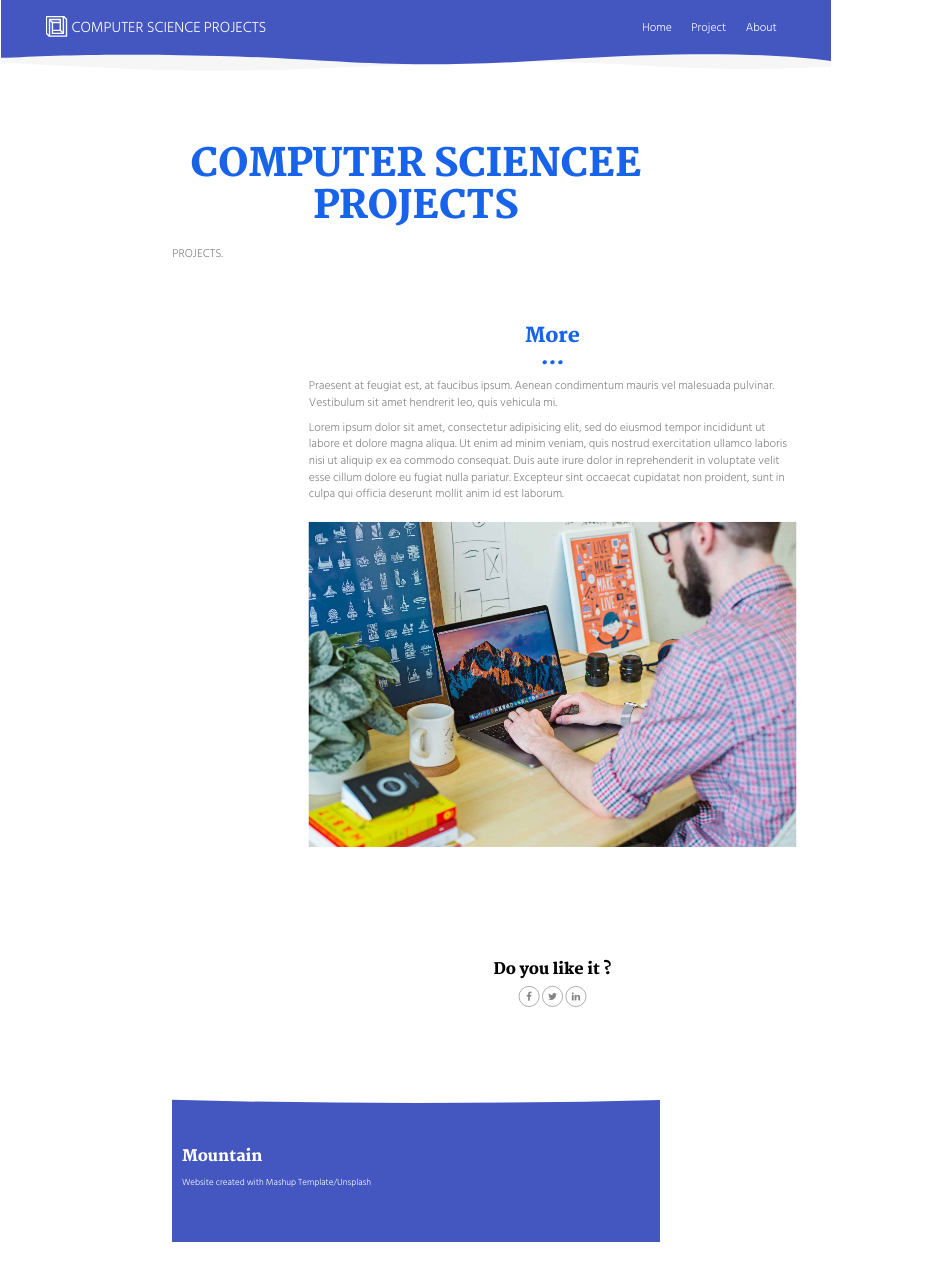
Repository: KevinBach02/KevinBach02.github.io
Page: project.html
The author's editor kept a record of every edit. The page is drawn from the files as they stood at one moment, then again after the next edit.
The browser window is 1280 px wide. The page is 1435 px wide, then 1280 px, so the pictures cover 1435 px, including what lies to the right of the window. The pictures show the whole page, at 65% of full size.

Above is the page before.

### project.html
<!DOCTYPE html>
<html lang="en">

<head>
  <meta charset="UTF-8">
  <meta content="IE=edge" http-equiv="X-UA-Compatible">
  <meta content="width=device-width,initial-scale=1" name="viewport">
  <meta content="description" name="description">
  <meta name="google" content="notranslate" />
  <meta content="Mashup templates have been developped by Orson.io team" name="author">

  <!-- Disable tap highlight on IE -->
  <meta name="msapplication-tap-highlight" content="no">


  <link rel="apple-touch-icon" sizes="180x180" href="./assets/apple-icon-180x180.png">
  <link href="./assets/favicon.ico" rel="icon">

  <link href="" rel="stylesheet">


  <title>CVHS COMPUTER SCIENCE</title>

<link href="./main.550dcf66.css" rel="stylesheet"></head>

<body> <!-- Add your content of header -->
<header>
  <nav class="navbar navbar-default active">
    <div class="container">
      <div class="navbar-header">
        <button type="button" class="navbar-toggle collapsed" data-toggle="collapse" data-target="#navbar-collapse" aria-expanded="false">
          <span class="sr-only">Toggle navigation</span>
          <span class="icon-bar"></span>
          <span class="icon-bar"></span>
          <span class="icon-bar"></span>
        </button>
        <a class="navbar-brand" href="./index.html" title="">
          <img src="./assets/images/mashup-icon.svg" class="navbar-logo-img" alt="">
          COMPUTER SCIENCE PROJECTS
        </a>
      </div>

      <div class="collapse navbar-collapse" id="navbar-collapse">
        <ul class="nav navbar-nav navbar-right">
          <li><a href="./index.html" title="">Home</a></li>
          <li><a href="./project.html" title="">Project</a></li>
          <li><a href="./about.html" title="">About</a></li>
        </ul>
      </div>
    </div>
  </nav>
</header>

<div class="section-container">
    <div class="container">
      <div class="row">
        <div class="col-xs-12 col-md-8 col-md-offset-2">
          <h1 class="text-center">COMPUTER SCIENCEE PROJECTS</h1>
          <p>PROJECTS.</p>

  <div class="section-container">
    <div class="container">
      <div class="row section-container-spacer">
        <div class="col-xs-12 col-md-8 col-md-offset-2">
          <h2 class="text-center">More</h2>
          <div class="section-container-spacer">
            <p>Praesent at feugiat est, at faucibus ipsum. Aenean condimentum mauris vel malesuada pulvinar. Vestibulum sit amet hendrerit leo, quis vehicula mi.</p>
            <p>Lorem ipsum dolor sit amet, consectetur adipisicing elit, sed do eiusmod
            tempor incididunt ut labore et dolore magna aliqua. Ut enim ad minim veniam,
            quis nostrud exercitation ullamco laboris nisi ut aliquip ex ea commodo
            consequat. Duis aute irure dolor in reprehenderit in voluptate velit esse
            cillum dolore eu fugiat nulla pariatur. Excepteur sint occaecat cupidatat non
            proident, sunt in culpa qui officia deserunt mollit anim id est laborum.</p>
          </div>
          <img src="./assets/images/img-05.jpg" alt="" class="img-responsive reveal-content" data-action="zoom">
        </div>
      </div>
    </div>
  </div>

  <div class="section-container">
    <div class="container text-center">
      <div class="row section-container-spacer">
        <div class="col-xs-12 col-md-12">

          <h3>Do you like it ?</h3>
          <p>
            <a href="https://facebook.com/" class="social-round-icon fa-icon" title="">
              <i class="fa fa-facebook" aria-hidden="true"></i>
            </a>
            <a href="https://twitter.com/" class="social-round-icon fa-icon" title="">
              <i class="fa fa-twitter" aria-hidden="true"></i>
            </a>
            <a href="https://www.linkedin.com/" class="social-round-icon fa-icon" title="">
              <i class="fa fa-linkedin" aria-hidden="true"></i>
            </a>
          </p>
        </div>
      </div>

    </div>
  </div>

<footer class="footer-container white-text-container">
  <div class="container">
    <div class="row">


      <div class="col-xs-12">
        <h3>Mountain</h3>

        <div class="row">
          <div class="col-xs-12 col-sm-7">
            <p><small>Website created with <a href="http://www.mashup-template.com/" title="Create website with free html template">Mashup Template</a>/<a href="https://www.unsplash.com/" title="Beautiful Free Images">Unsplash</a></small>
            </p>
          </div>
          <div class="col-xs-12 col-sm-5">
            <p class="text-right">
              <a href="https://facebook.com/" class="social-round-icon white-round-icon fa-icon" title="">
                <i class="fa fa-facebook" aria-hidden="true"></i>
              </a>
              <a href="https://twitter.com/" class="social-round-icon white-round-icon fa-icon" title="">
                <i class="fa fa-twitter" aria-hidden="true"></i>
              </a>
              <a href="https://www.linkedin.com/" class="social-round-icon white-round-icon fa-icon" title="">
                <i class="fa fa-linkedin" aria-hidden="true"></i>
              </a>
            </p>
          </div>
        </div>


      </div>
    </div>
  </div>
</footer>

<script>
  document.addEventListener("DOMContentLoaded", function (event) {
    navActivePage();
    scrollRevelation('.reveal');
  });
</script>

<!-- Google Analytics: change UA-XXXXX-X to be your site's ID

<script>
  (function (i, s, o, g, r, a, m) {
    i['GoogleAnalyticsObject'] = r; i[r] = i[r] || function () {
      (i[r].q = i[r].q || []).push(arguments)
    }, i[r].l = 1 * new Date(); a = s.createElement(o),
      m = s.getElementsByTagName(o)[0]; a.async = 1; a.src = g; m.parentNode.insertBefore(a, m)
  })(window, document, 'script', '//www.google-analytics.com/analytics.js', 'ga');
  ga('create', 'UA-XXXXX-X', 'auto');
  ga('send', 'pageview');
</script>

--> <script type="text/javascript" src="./main.0cf8b554.js"></script></body>

</html>

Loaded but not shown: main.550dcf66.css (library); main.0cf8b554.js (library)

After the next edit:
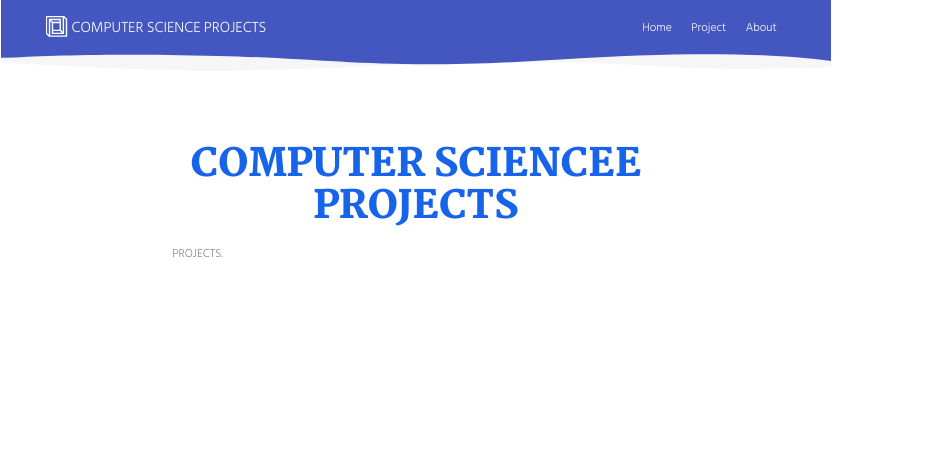
The edit:
--- a/project.html
+++ b/project.html
@@ -57,84 +57,6 @@
         <div class="col-xs-12 col-md-8 col-md-offset-2">
           <h1 class="text-center">COMPUTER SCIENCEE PROJECTS</h1>
           <p>PROJECTS.</p>
-
-  <div class="section-container">
-    <div class="container">
-      <div class="row section-container-spacer">
-        <div class="col-xs-12 col-md-8 col-md-offset-2">
-          <h2 class="text-center">More</h2>
-          <div class="section-container-spacer">
-            <p>Praesent at feugiat est, at faucibus ipsum. Aenean condimentum mauris vel malesuada pulvinar. Vestibulum sit amet hendrerit leo, quis vehicula mi.</p>
-            <p>Lorem ipsum dolor sit amet, consectetur adipisicing elit, sed do eiusmod
-            tempor incididunt ut labore et dolore magna aliqua. Ut enim ad minim veniam,
-            quis nostrud exercitation ullamco laboris nisi ut aliquip ex ea commodo
-            consequat. Duis aute irure dolor in reprehenderit in voluptate velit esse
-            cillum dolore eu fugiat nulla pariatur. Excepteur sint occaecat cupidatat non
-            proident, sunt in culpa qui officia deserunt mollit anim id est laborum.</p>
-          </div>
-          <img src="./assets/images/img-05.jpg" alt="" class="img-responsive reveal-content" data-action="zoom">
-        </div>
-      </div>
-    </div>
-  </div>
-
-  <div class="section-container">
-    <div class="container text-center">
-      <div class="row section-container-spacer">
-        <div class="col-xs-12 col-md-12">
-
-          <h3>Do you like it ?</h3>
-          <p>
-            <a href="https://facebook.com/" class="social-round-icon fa-icon" title="">
-              <i class="fa fa-facebook" aria-hidden="true"></i>
-            </a>
-            <a href="https://twitter.com/" class="social-round-icon fa-icon" title="">
-              <i class="fa fa-twitter" aria-hidden="true"></i>
-            </a>
-            <a href="https://www.linkedin.com/" class="social-round-icon fa-icon" title="">
-              <i class="fa fa-linkedin" aria-hidden="true"></i>
-            </a>
-          </p>
-        </div>
-      </div>
-
-    </div>
-  </div>
-
-<footer class="footer-container white-text-container">
-  <div class="container">
-    <div class="row">
-
-
-      <div class="col-xs-12">
-        <h3>Mountain</h3>
-
-        <div class="row">
-          <div class="col-xs-12 col-sm-7">
-            <p><small>Website created with <a href="http://www.mashup-template.com/" title="Create website with free html template">Mashup Template</a>/<a href="https://www.unsplash.com/" title="Beautiful Free Images">Unsplash</a></small>
-            </p>
-          </div>
-          <div class="col-xs-12 col-sm-5">
-            <p class="text-right">
-              <a href="https://facebook.com/" class="social-round-icon white-round-icon fa-icon" title="">
-                <i class="fa fa-facebook" aria-hidden="true"></i>
-              </a>
-              <a href="https://twitter.com/" class="social-round-icon white-round-icon fa-icon" title="">
-                <i class="fa fa-twitter" aria-hidden="true"></i>
-              </a>
-              <a href="https://www.linkedin.com/" class="social-round-icon white-round-icon fa-icon" title="">
-                <i class="fa fa-linkedin" aria-hidden="true"></i>
-              </a>
-            </p>
-          </div>
-        </div>
-
-
-      </div>
-    </div>
-  </div>
-</footer>
-
 <script>
   document.addEventListener("DOMContentLoaded", function (event) {
     navActivePage();
